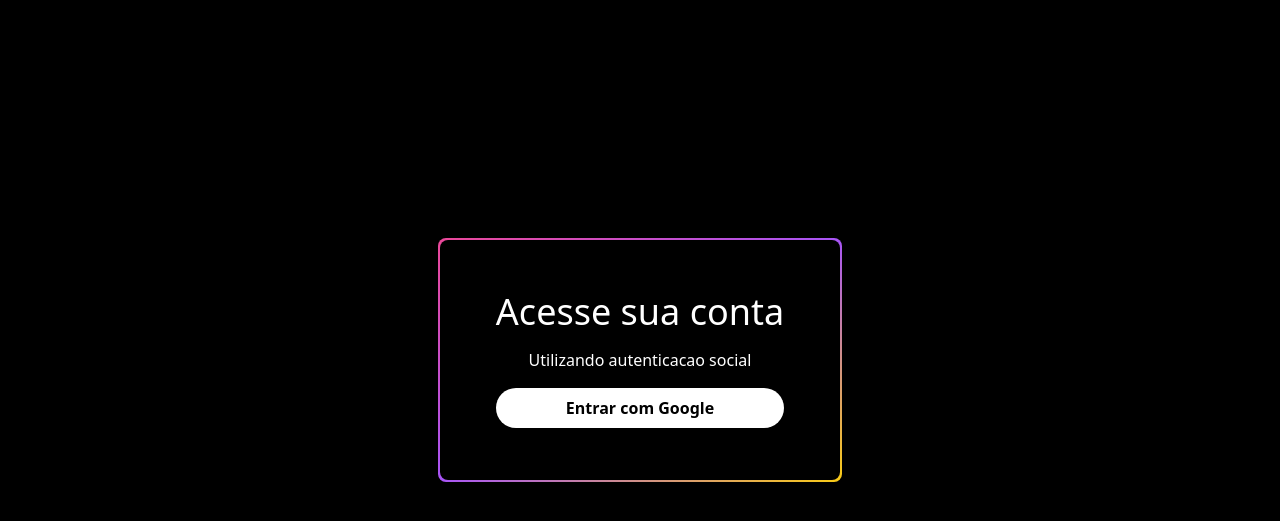
Repository: LuisSempre/firegoogle
Page: /
These files come from the project's save history. The page is drawn as it stood at one moment and after the next save; the edit follows.
The browser window is 1280 px wide. The pictures show the whole page.
The project was rebuilt for these pictures with package versions that can differ from the ones it lists, and the page was loaded fresh each time. Also part of the build but not shown: vite.config.ts.

Above is the page before, as saved 2022-07-29 00:34:22.

### src/App.tsx
import { Sign } from './pages/Sign'
function App() {
  return (
    <div className="flex h-screen items-center justify-center bg-black text-white">
	<Sign />
    </div>
  )
}

export default App

### src/pages/Sign.tsx
import { GoogleAuthProvider, signInWithPopup, User } from "firebase/auth";
import { auth } from "../services/firebase";
import { useState } from "react";

export function Sign() {
  const [user, setUser] = useState<User>({} as User);

  function handleSign() {
    const provider = new GoogleAuthProvider();

    signInWithPopup(auth, provider)
      .then((result) => {
        setUser(result.user);
      })
      .catch((error) => {
        console.log(error);
      });
  }

  return (
    <div className="flex flex-col gap-y-4">
      <div className="relative rounded-lg p-0.5 overflow-hidden bg-transparent shadow-sm hover:border-gray-400 focus-within:ring-2 focus-within:ring-offset-2 focus-within:ring-indigo-500">
        <div className="relative z-10 flex items-center w-full h-full px-6 py-5 bg-black rounded-lg">
          <div className="flex flex-col items-center justify-center">
            {user.photoURL && (
              <img
                className="w-16 h-16 rounded-full"
                src={user.photoURL}
                alt="Foto do usuario"
              />
            )}{" "}
            <strong> {user.displayName} </strong> <small> {user.email} </small>{" "}
          </div>{" "}
          <div className="flex flex-col items-center justify-center w-full max-w-6xl p-8 rounded-md gap-y-4">
            {" "}
            <h1 className="text-4xl"> Acesse sua conta </h1>{" "}
            <span> Utilizando autenticacao social </span>{" "}
            <button
              onClick={handleSign}
              className="w-full px-4 py-2 font-bold text-black bg-white rounded-full"
            >
              {" "}
              Entrar com Google{" "}
            </button>{" "}
          </div>
        </div>
        <div className="absolute top-0 left-0 w-full h-full bg-gradient-to-br from-pink-500 via-purple-500 to-yellow-400"></div>
      </div>
    </div>
  );
}

### src/services/firebase.ts
// Import the functions you need from the SDKs you need
import { initializeApp } from "firebase/app";
import { getAuth } from 'firebase/auth';
// TODO: Add SDKs for Firebase products that you want to use
// https://firebase.google.com/docs/web/setup#available-libraries

// Your web app's Firebase configuration
const firebaseConfig = {
  apiKey: "AIzaSyAEl3FGTmh3VO2QHZRtj6Z52eV6H2JhAUA",
  authDomain: "auth-c1fe0.firebaseapp.com",
  projectId: "auth-c1fe0",
  storageBucket: "auth-c1fe0.appspot.com",
  messagingSenderId: "361205357730",
  appId: "1:361205357730:web:623bfbf75f5f093cbecbfb"
};

// Initialize Firebase
const app = initializeApp(firebaseConfig);
export const auth =  getAuth(app);

### tailwind.config.js
/** @type {import('tailwindcss').Config} */
module.exports = {
  content: [
	"./index.html",
    	"./src/**/*.{vue,js,ts,jsx,tsx}",
  ],
  theme: {
    extend: {},
  },
  plugins: [],
}

Loaded but not shown: index.html (common file); src/main.tsx (common file); src/index.css (common file)

After the next save:
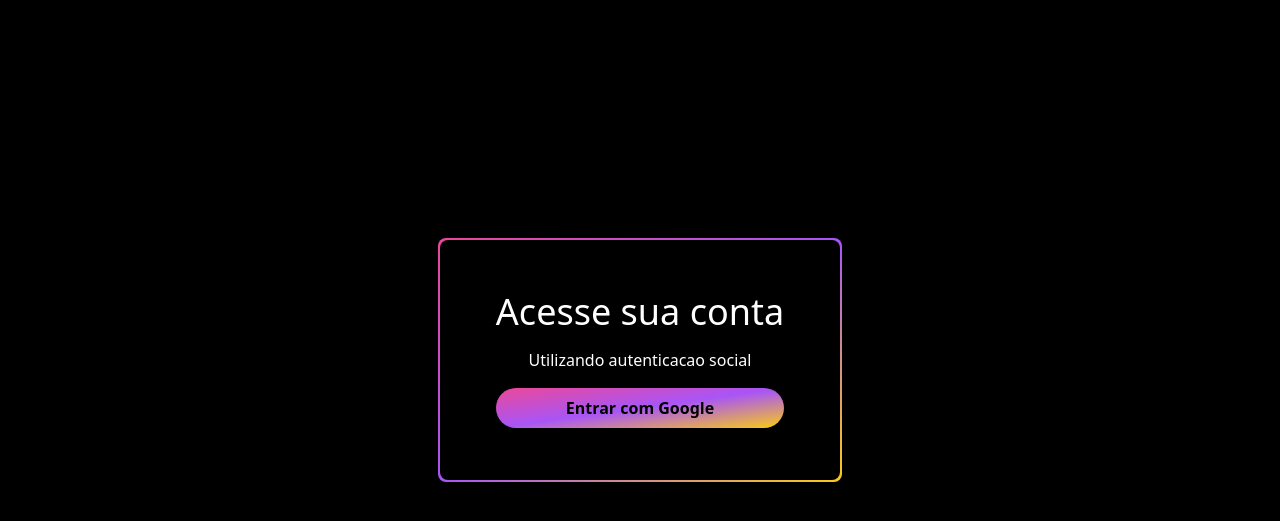
Saved 27 s later.
--- a/src/pages/Sign.tsx
+++ b/src/pages/Sign.tsx
@@ -37,7 +37,7 @@
             <span> Utilizando autenticacao social </span>{" "}
             <button
               onClick={handleSign}
-              className="w-full px-4 py-2 font-bold text-black bg-white rounded-full"
+              className="w-full px-4 py-2 font-bold text-black rounded-full bg-gradient-to-br from-pink-500 via-purple-500 to-yellow-400"
             >
               {" "}
               Entrar com Google{" "}
